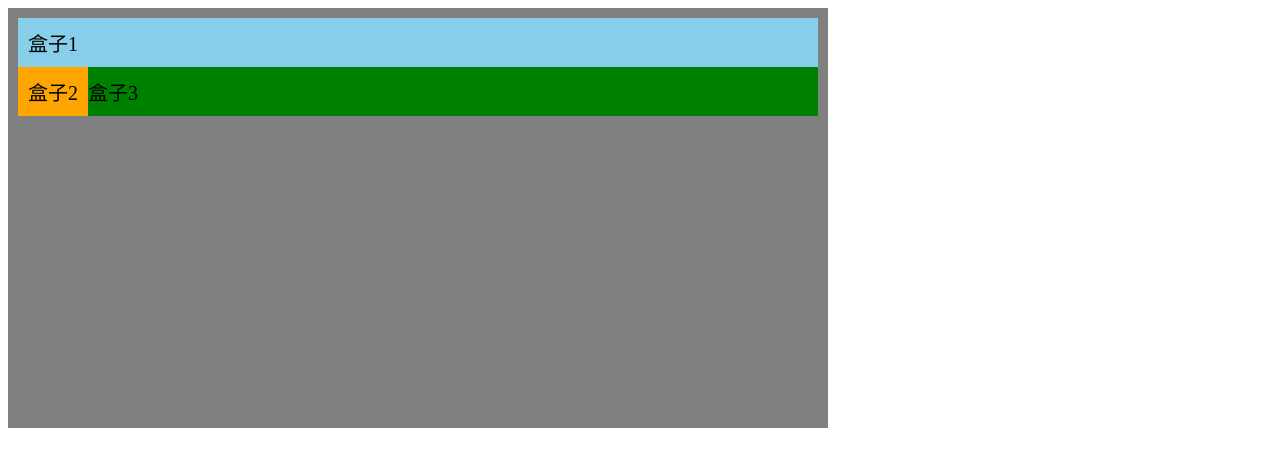
Repository: 123648923/html5-css3
Page: css/16 浮动/02 元素浮动后的特点.html
An editor plug-in stored every save of this project. The page is shown before and after the next save, followed by the edit.
The browser window is 1280 px wide. The pictures show the whole page.

Above is the page before, as saved 2023-11-07 16:02:45.

After the next save:
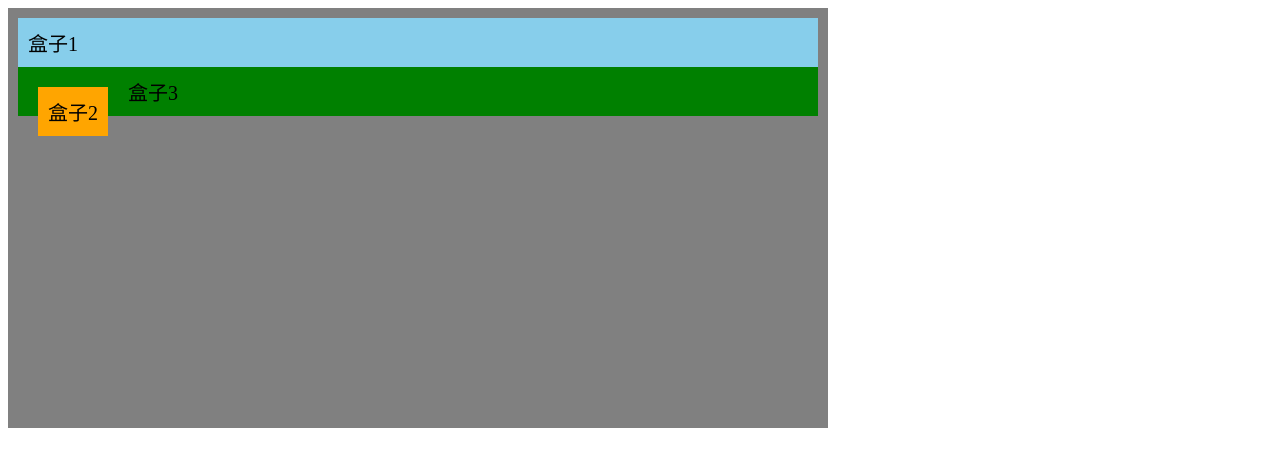
Saved 88 s later.
--- a/css/16 浮动/02 元素浮动后的特点.html
+++ b/css/16 浮动/02 元素浮动后的特点.html
@@ -27,6 +27,10 @@
             float: left;
             /* width: 200px; */
             /* height: 200px; */
+            margin-left: 20px;
+            margin-top: 20px;
+            margin-right: 20px;
+            margin-bottom: 20px;
         }
 
         .box3 {

After the save that followed:
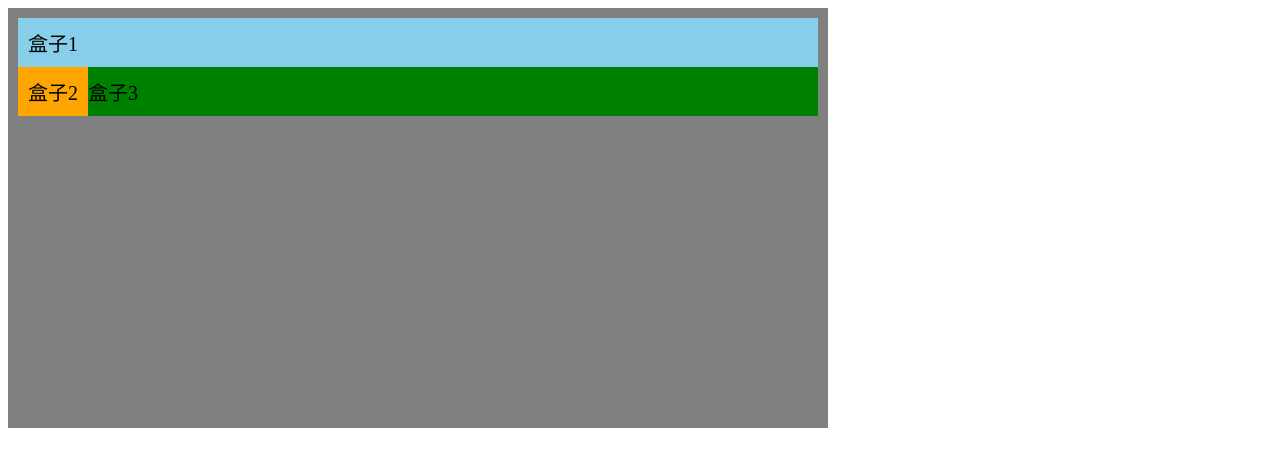
Saved 6 s later.
--- a/css/16 浮动/02 元素浮动后的特点.html
+++ b/css/16 浮动/02 元素浮动后的特点.html
@@ -27,10 +27,10 @@
             float: left;
             /* width: 200px; */
             /* height: 200px; */
-            margin-left: 20px;
+            /* margin-left: 20px;
             margin-top: 20px;
             margin-right: 20px;
-            margin-bottom: 20px;
+            margin-bottom: 20px; */
         }
 
         .box3 {
